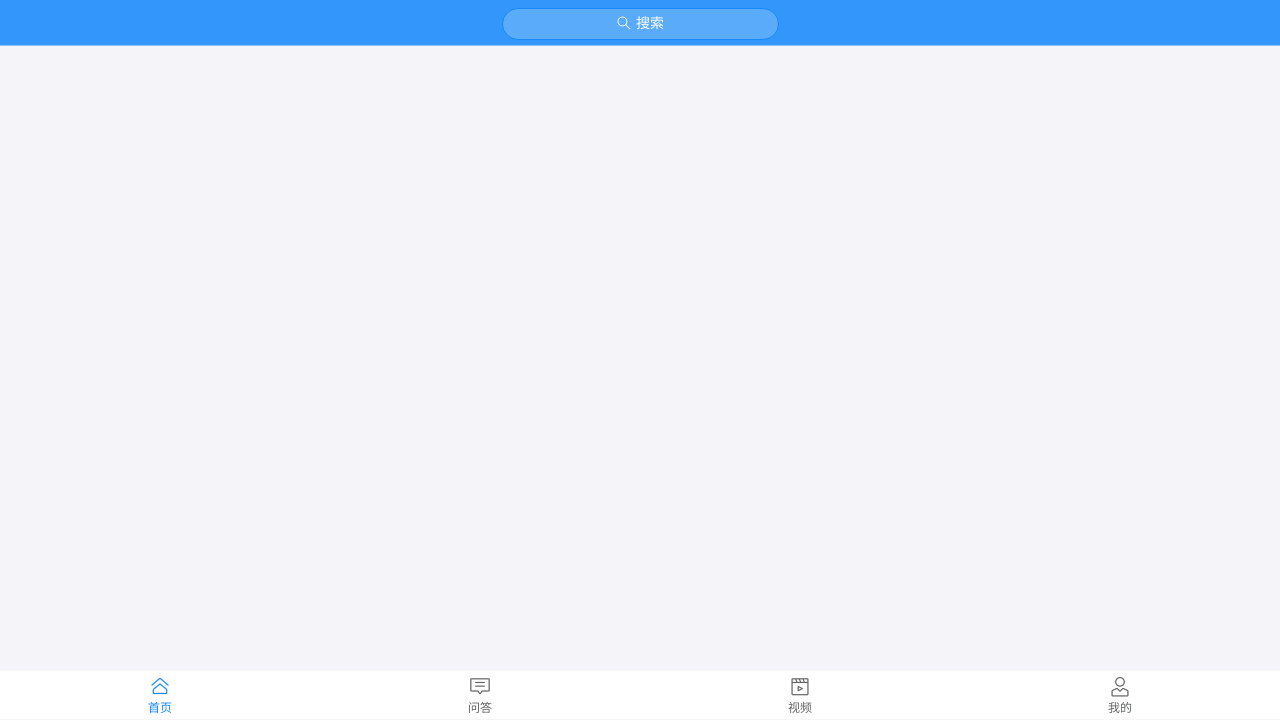
Repository: xn-lb/toutiao-mb
Page: /
An editor plug-in stored every save of this project. The page is shown before and after the next save, followed by the edit.
The browser window is 1280 px wide. The pictures show the whole page.
The project was rebuilt for these pictures with package versions that can differ from the ones it lists, and the page was loaded fresh each time. Also part of the build but not shown: vue.config.js.

Above is the page before, as saved 2023-04-08 21:57:52.

### src/main.js
import Vue from 'vue'
import App from './App.vue'
import router from './router'
import store from './store'
// 加载全局样式
import './styles/index.less'
import Vant from 'vant' //加载Vant 组件库

import 'amfe-flexible' //加载动态设置  rem 基准值

Vue.use(Vant); //注册使用组件库

import 'vant/lib/index.css' //加载全局样式

Vue.config.productionTip = false

new Vue({
    router,
    store,
    render: h => h(App)
}).$mount('#app')

### src/App.vue
<template>
  <div id="app">
  <!-- 路由的出口 -->
    <router-view></router-view>



  </div>
</template>
<script>
export default {
  name: 'APP'
}
</script>
<style lang="less">

</style>

### src/router/index.js
import Vue from 'vue'
import VueRouter from 'vue-router'



Vue.use(VueRouter)

// 路由表
const routes = [{
        path: '/login',
        name: 'LoginIndex',
        component: () =>
            import ('@/views/login')
    },
    {
        path: '/',
        component: () =>
            import ('@/views/layout/'),
        children: [{
                path: '/qa',
                name: 'qa',
                component: () =>
                    import ('@/views/qa/')
            },
            {
                path: '/video',
                name: 'video',
                component: () =>
                    import ('@/views/video/')
            },
            {
                path: '/my', //默认子路由
                name: 'my',
                component: () =>
                    import ('@/views/my/')
            },
            {
                path: '', //默认子路由
                name: 'home',
                component: () =>
                    import ('@/views/home/')
            }
        ]
    }

]

const router = new VueRouter({
    routes
})

export default router

### src/store/index.js
import { getItem, setItem } from '@/utils/strorage'
import Vue from 'vue'
import Vuex from 'vuex'

Vue.use(Vuex)

const USER_KEY = 'toutiao-user'
export default new Vuex.Store({
    // namespaced: true, //关闭命名空间
    state: {
        user: getItem(USER_KEY) //使用封装模块的方式

        //使用原型模式  =>  user: JSON.parse(window.localStorage.getItem('user')) // 存储当前登录用户的登录状态（token 等数据）
    },
    getters: {},
    mutations: {
        setUser(state, data) {
            state.user = data
                // 为了防止页面刷新数据丢失，我们还需要把数据放到本地存储中，这里仅仅是为了持久化数据

            setItem(USER_KEY, state.user) //使用封装模块的方式
                //使用原型模式  =>  window.localStorage.setItem('user', JSON.stringify(state.user))
        }
    },
    actions: {},
    modules: {}
})

### src/styles/index.less
// 全局样式文件
// 加载图标样式
@import "./icon.less";

body{
    background-color: #f5f5f9;
}
.app-nav-bar{
    background-color: #3296fa !important;
    .van-nav-bar__title{
        color: #fff;
    }
    .van-icon{
        color:#fff !important;
    }
}

### src/views/layout/index.vue
<template>
    <div class="layout-container">
         <!-- 子路由出口 -->
        <router-view />

        <!-- 底部导航栏 -->
        <van-tabbar v-model="active" route>
            <van-tabbar-item icon="home-o" to="/">首页</van-tabbar-item>
            <van-tabbar-item icon="comment-o" to="/qa">问答</van-tabbar-item>
            <van-tabbar-item icon="video-o" to="/video">视频</van-tabbar-item>
            <van-tabbar-item icon="user-o" to="/my">我的</van-tabbar-item>
        </van-tabbar>
    </div>


</template>

<script>
export default {
    name:'layoutIndex',
    components:{},
    props:{},
    data(){
        return{
            active:0
        }
    }
}
</script>

<style>

</style>

### src/views/home/index.vue
<template>
  <div class="home-container">
  <!-- 首页 -->
    <van-nav-bar class="app-nav-bar">
      <van-button
      class="search-btn"
      slot="title"
      icon="search"
      type="info"
      round
      size="small"
      >搜索</van-button>
    </van-nav-bar>

  </div>

</template>

<script>
export default {

}
</script>

<style lang="less" scoped>
.home-container {
  /deep/ .van-nav-bar__title{
      max-width: none;
    }
  .search-btn{
    width: 277px;
    height: 32px;
    background: #5babfb;
    .van-button__text{
      font-size: 14px;
    }
    .van-icon{
      font-size: 16px;
    }
    }

  }
</style>

### src/utils/strorage.js
// 本地存储封装模块

// 获取
export const getItem = (name) => {
    const data = window.localStorage.getItem(name)
    try {
        // 尝试把data转为JavaScript对象
        return JSON.parse(data)
    } catch (err) {
        // data不是JSON格式字符串，直接原样返回
        return data
    }
}

// 存储
export const setItem = (name, value) => {
    // 如果value 是对象，就把value 转为JSON格式字符串再储存
    if (typeof value === 'object') {
        value = JSON.stringify(value)
    }
    window.localStorage.setItem(name, value)
}



// 删除
export const removeItem = (name) => {
    window.localStorage.removeItem(name)
}

### src/styles/icon.less
@font-face {
    font-family: "toutiao"; /* Project id 3968849 */
    src: url('//at.alicdn.com/t/c/font_3968849_y288fdc89co.eot?t=1679462277967'); /* IE9 */
    src: url('//at.alicdn.com/t/c/font_3968849_y288fdc89co.eot?t=1679462277967#iefix') format('embedded-opentype'), /* IE6-IE8 */
         url('//at.alicdn.com/t/c/font_3968849_y288fdc89co.woff2?t=1679462277967') format('woff2'),
         url('//at.alicdn.com/t/c/font_3968849_y288fdc89co.woff?t=1679462277967') format('woff'),
         url('//at.alicdn.com/t/c/font_3968849_y288fdc89co.ttf?t=1679462277967') format('truetype'),
         url('//at.alicdn.com/t/c/font_3968849_y288fdc89co.svg?t=1679462277967#toutiao') format('svg');
  }

  .toutiao {
    font-family: "toutiao" !important;
    font-size: 16px;
    font-style: normal;
    -webkit-font-smoothing: antialiased;
    -moz-osx-font-smoothing: grayscale;
  }

  .toutiao-guanbi:before {
    content: "\e601";
  }

  .toutiao-gengduo:before {
    content: "\e602";
  }

  .toutiao-pinglun:before {
    content: "\e603";
  }

  .toutiao-shanchu:before {
    content: "\e604";
  }

  .toutiao-dianzan:before {
    content: "\e605";
  }

  .toutiao-lishi:before {
    content: "\e606";
  }

  .toutiao-shipin:before {
    content: "\e607";
  }

  .toutiao-shoucang:before {
    content: "\e608";
  }

  .toutiao-yanzhengma:before {
    content: "\e609";
  }

  .toutiao-wenda:before {
    content: "\e60a";
  }

  .toutiao-fenxiang:before {
    content: "\e60b";
  }

  .toutiao-youjiantou:before {
    content: "\e60c";
  }

  .toutiao-wuwangluo:before {
    content: "\e60d";
  }

  .toutiao-shouji:before {
    content: "\e60e";
  }

  .toutiao-zuojiantou:before {
    content: "\e60f";
  }

  .toutiao-shouye:before {
    content: "\e610";
  }

  .toutiao-wode:before {
    content: "\e611";
  }

  .toutiao-sousuo:before {
    content: "\e612";
  }

  .toutiao-zuopin:before {
    content: "\e613";
  }

  .toutiao-yuedu:before {
    content: "\e614";
  }

Loaded but not shown: public/index.html (common file)

After the next save:
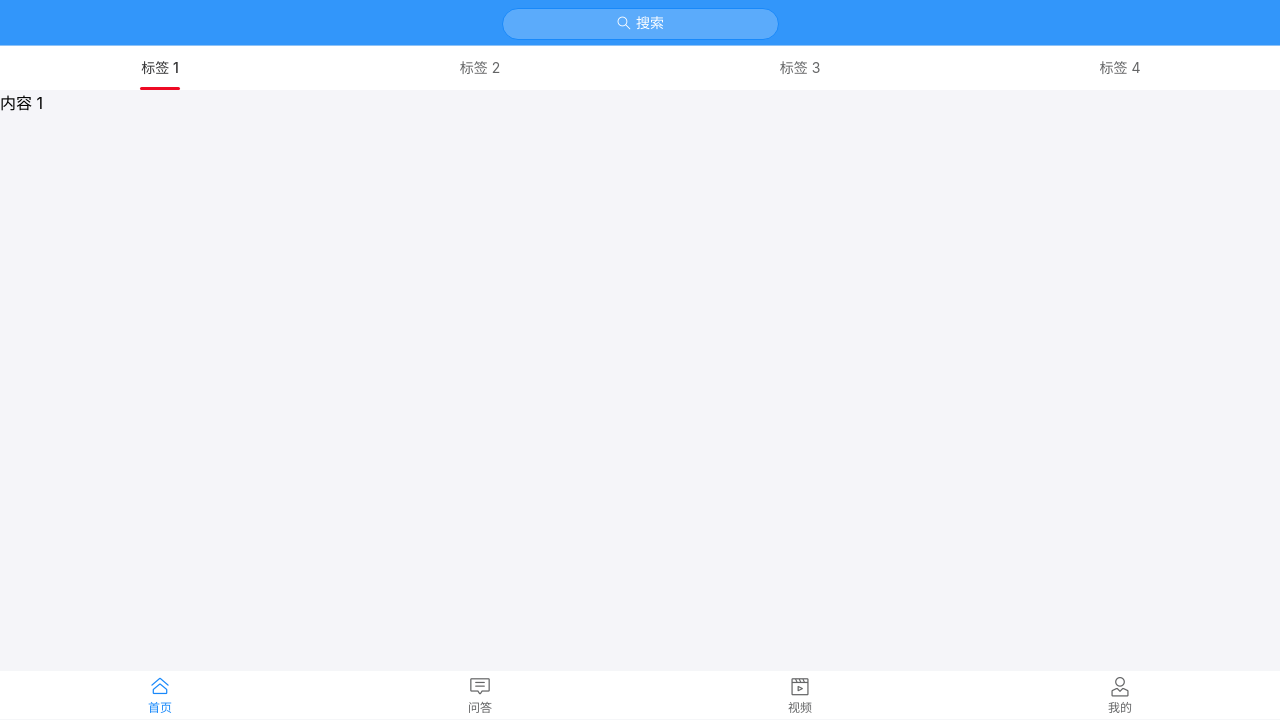
Saved 3 min 59 s later.
--- a/src/views/home/index.vue
+++ b/src/views/home/index.vue
@@ -12,6 +12,13 @@
       >搜索</van-button>
     </van-nav-bar>
 
+    <!-- 文章频道列表 -->
+    <van-tabs v-model="active">
+      <van-tab title="标签 1">内容 1</van-tab>
+      <van-tab title="标签 2">内容 2</van-tab>
+      <van-tab title="标签 3">内容 3</van-tab>
+      <van-tab title="标签 4">内容 4</van-tab>
+    </van-tabs>
   </div>
 
 </template>
